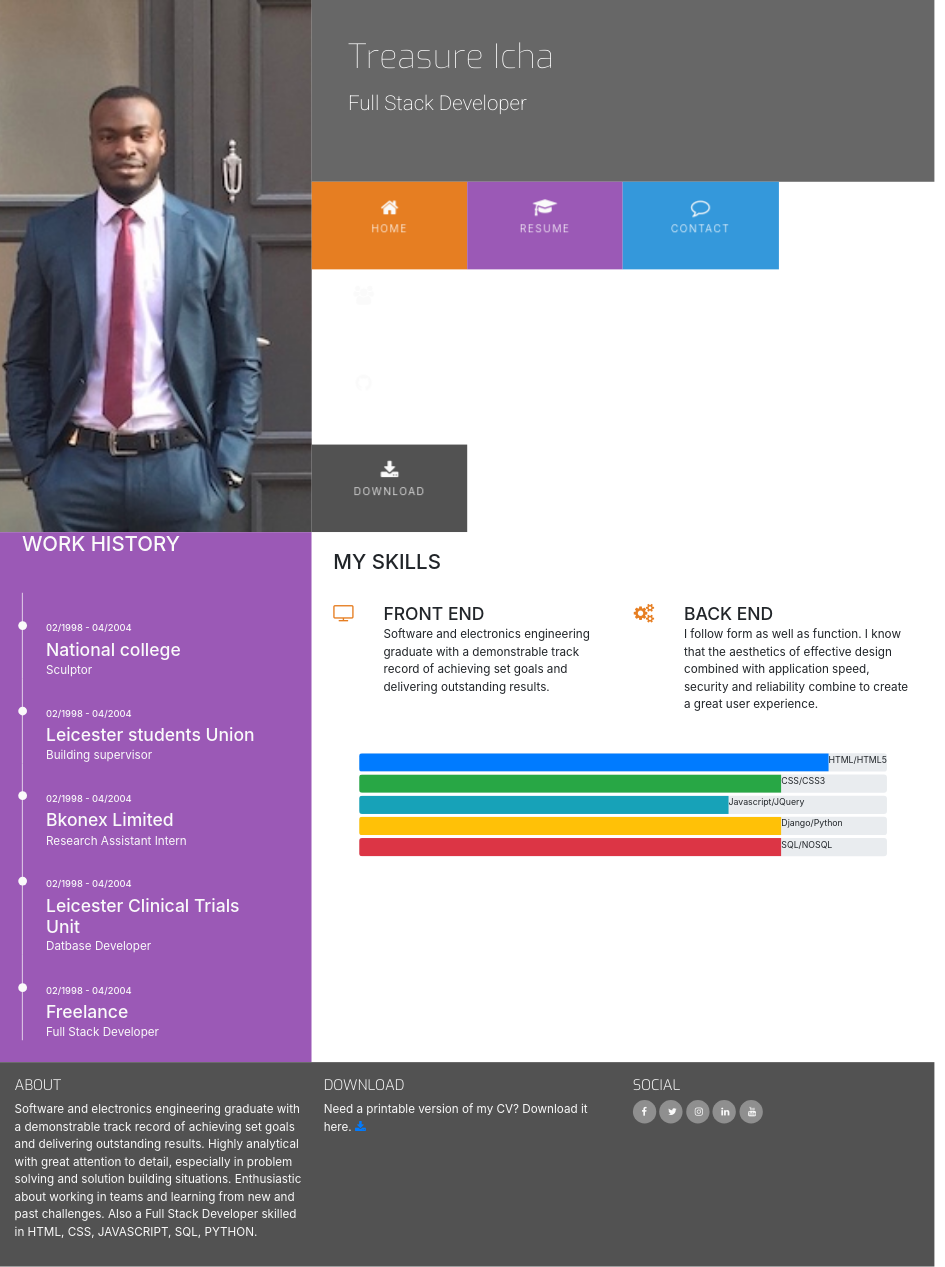
Repository: IchaTreasure/cv-project
Page: resume.html
The author's editor kept a record of every edit. The page is drawn from the files as they stood at one moment, then again after the next edit.
The browser window is 1280 px wide. The page is 1295 px wide, so the pictures cover 1295 px, including what lies to the right of the window. The pictures show the whole page, at 73% of full size.

Above is the page before.

After the next edit:
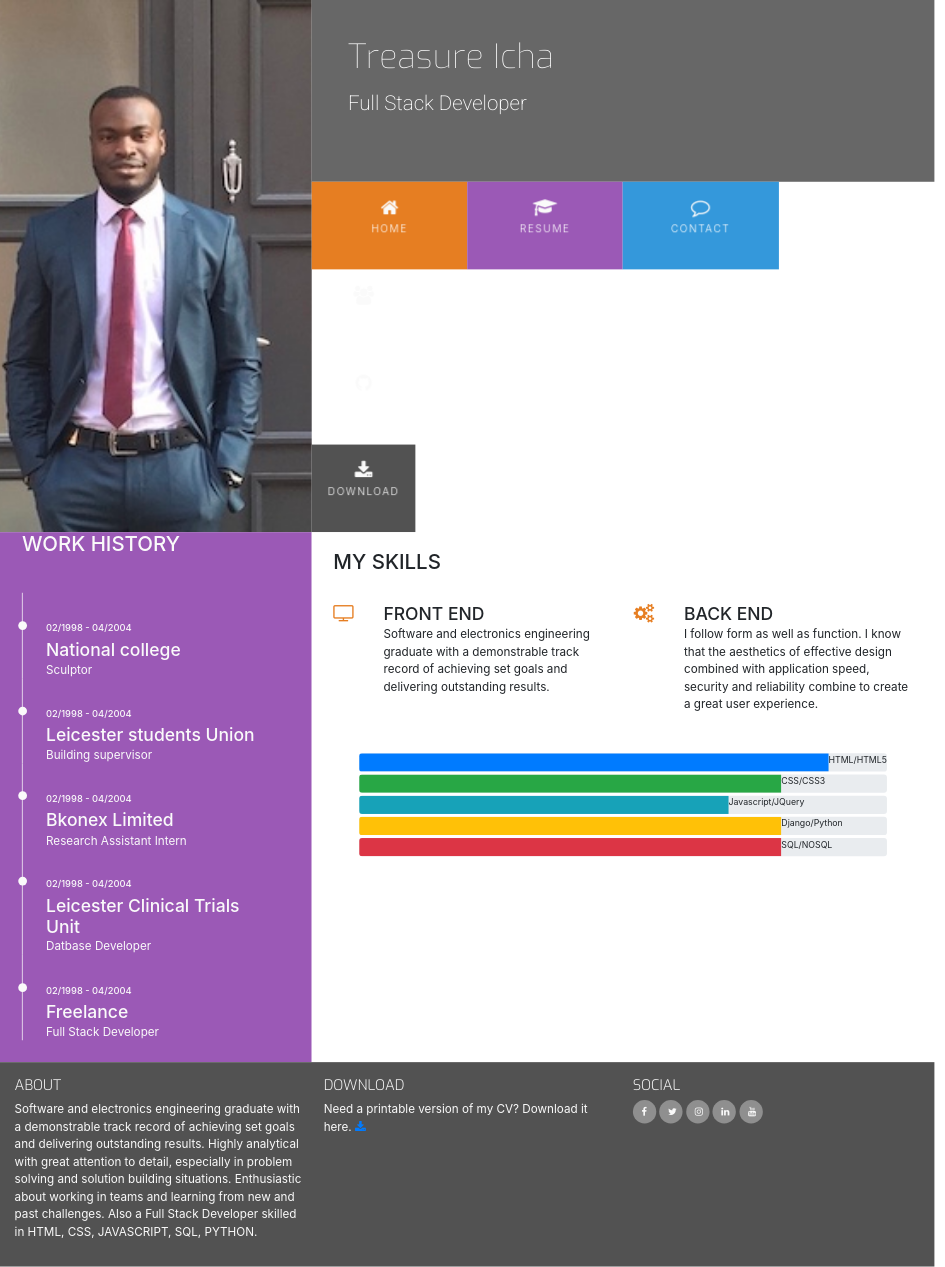
The edit:
--- a/resume.html
+++ b/resume.html
@@ -48,7 +48,7 @@
                                 <a href="github.html" class="hvr-sweep-to-bottom"><i class="fa fa-github" aria-hidden="true"></i><span>GitHub</span></a>
                             </li>
 
-                            <li class = "col-6 col-sm-3 ui-menu-color-download list-inline-item menuitem">
+                            <li class = "col-xs-6 col-sm-2 ui-menu-color-download list-inline-item menuitem">
                                 <a href="Assets/cv/Main CV engineering.docx" class = "hvr-sweep-to-bottom"><i class = " fa fa-download" aria-hidden="true"></i> <span>Download</span></a>
                             </li>
 
